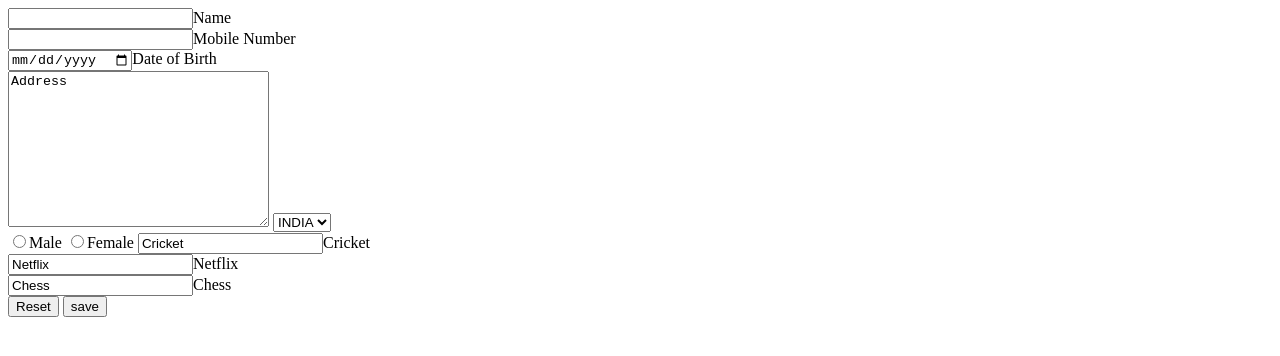
Repository: mannu343/project
Page: student/src/main/webapp/student.html
An editor plug-in stored every save of this project. The page is shown before and after the next save, followed by the edit.
The browser window is 1280 px wide. The pictures show the whole page.

Above is the page before, as saved 2023-01-31 17:21:49.

### student/src/main/webapp/student.html
<!DOCTYPE html>
<html>
<head>
<meta charset="ISO-8859-1">
<title>Insert title here</title>
</head>
<body>
<form action="save">
<input name="name" type="text">Name <br>
<input name="mob" type="number">Mobile Number <br>
<input name="dob" type="date">Date of Birth <br>
<textarea name="ads" rows="10" cols="30">Address</textarea>
<select name="Contry">
<option value="INDIA">INDIA</option>
<option value="BAN">BAN</option>
<option value="PAK">PAK</option>
</select><br>
<input name="gen" type="radio" value="Male">Male
<input name="gen" type="radio" value="Female">Female
<input name="hobies" value="Cricket">Cricket <br>
<input name="hobies" value="Netflix">Netflix <br>
<input name="hobies" value="Chess">Chess <br>


<input type="reset">
<button>save</button>


</form>

</body>
</html>

After the next save:
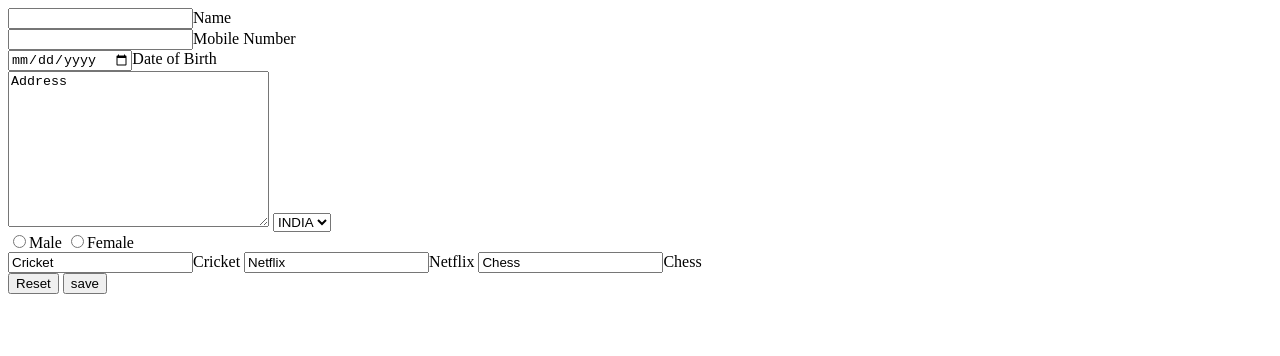
Saved 22 s later.
--- a/student/src/main/webapp/student.html
+++ b/student/src/main/webapp/student.html
@@ -16,9 +16,9 @@
 <option value="PAK">PAK</option>
 </select><br>
 <input name="gen" type="radio" value="Male">Male
-<input name="gen" type="radio" value="Female">Female
-<input name="hobies" value="Cricket">Cricket <br>
-<input name="hobies" value="Netflix">Netflix <br>
+<input name="gen" type="radio" value="Female">Female <br>
+<input name="hobies" value="Cricket">Cricket
+<input name="hobies" value="Netflix">Netflix
 <input name="hobies" value="Chess">Chess <br>
 
 
